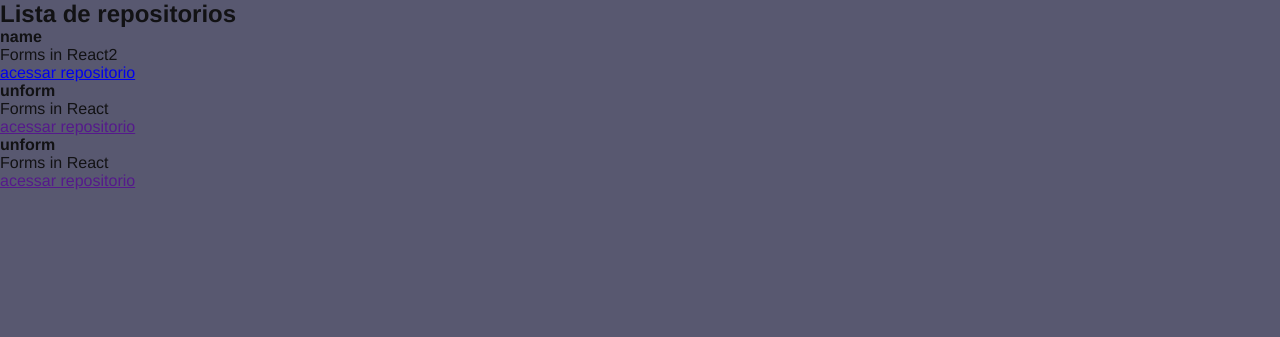
Repository: niltonmalves/01-githug-explorer
Page: /
The author's editor kept a copy of each file at every save. The page is drawn from the files as they stood at one save, then again after the next save.
The browser window is 1280 px wide. The pictures show the whole page.
The project was rebuilt for these pictures with package versions that can differ from the ones it lists, and the page was loaded fresh each time. Also part of the build but not shown: webpack.config.js.

Above is the page before, as saved 2022-01-06 14:57:38.

After the next save:
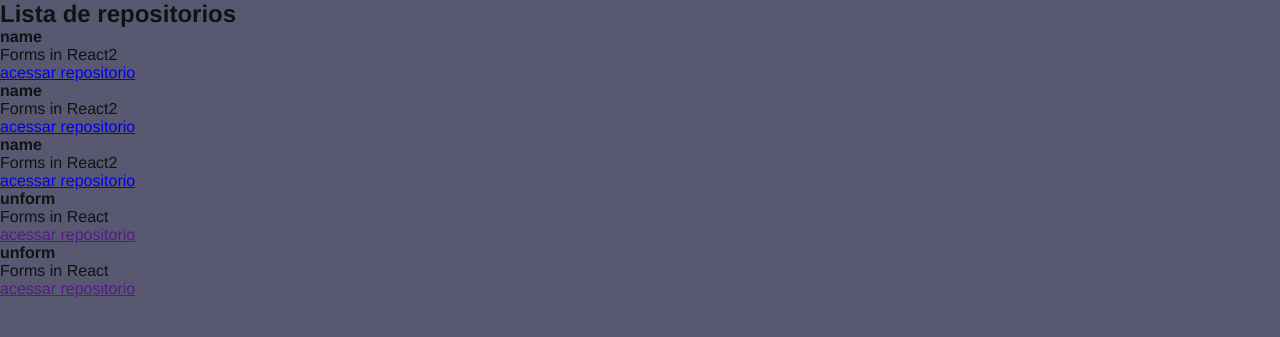
Saved 34 s later.
--- a/src/components/RepositoryList.jsx
+++ b/src/components/RepositoryList.jsx
@@ -12,8 +12,9 @@ export function RepositoryList() {
       <h1>Lista de repositorios</h1>
       <ul>
 
-        <RepositoryItem
-        respository={repository}/>
+        <RepositoryItem respository={repository}/>
+        <RepositoryItem respository={repository}/>
+        <RepositoryItem respository={repository}/>
 
           <li>
               <strong>unform</strong>
